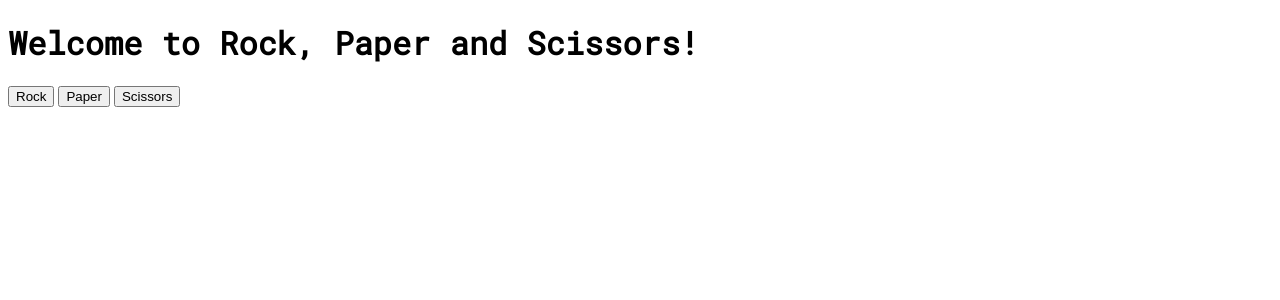
Repository: Ascendrospyder/rock-paper-scissors
Page: app.html
The author's editor kept a copy of each file at every save. The page is drawn from the files as they stood at one save, then again after the next save.
The browser window is 1280 px wide. The pictures show the whole page.

Above is the page before, as saved 2022-12-21 01:20:01.

After the next save:
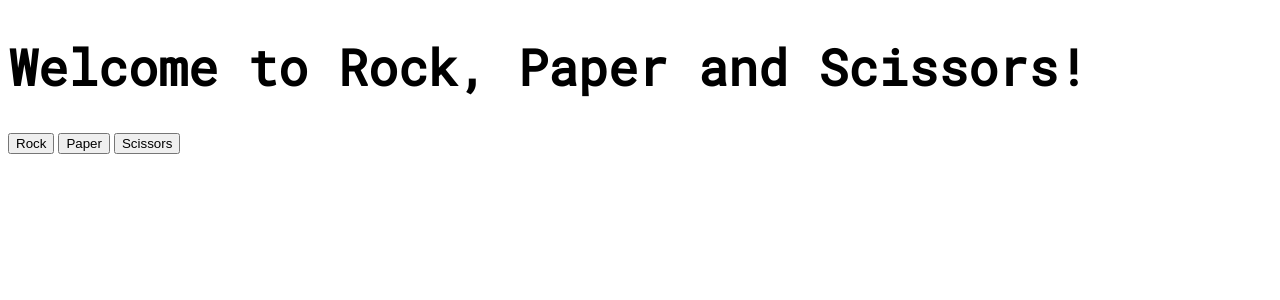
Saved 4 s later.
--- a/style.css
+++ b/style.css
@@ -1,4 +1,4 @@
 .title {
     font-family: 'Roboto Mono', monospace;
-    font-size: ;
+    font-size: 50px;
 }
